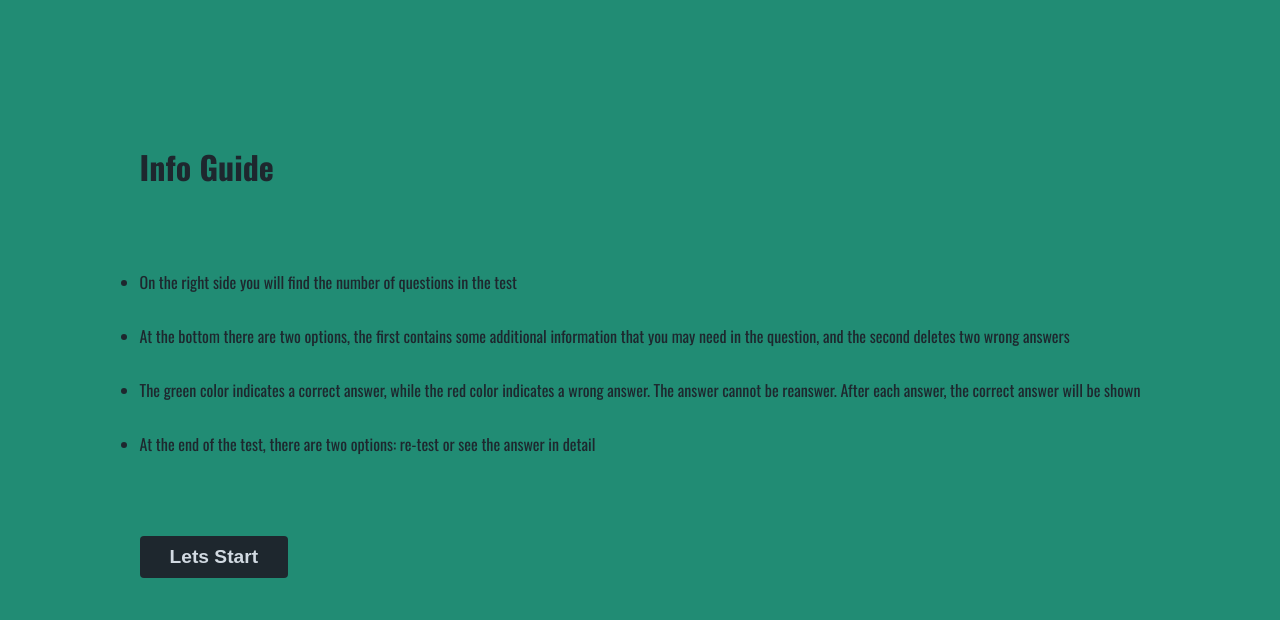
Repository: abdelrahmanahmed20021/Quiz-Platform
Page: index.html
These files come from the project's save history. The page is drawn as it stood at one moment and after the next save; the edit follows.
The browser window is 1280 px wide. The pictures show the whole page.

Above is the page before, as saved 2023-01-12 00:57:14.
Console error: TypeError: Cannot read properties of null (reading 'addEventListener')

After the next save:
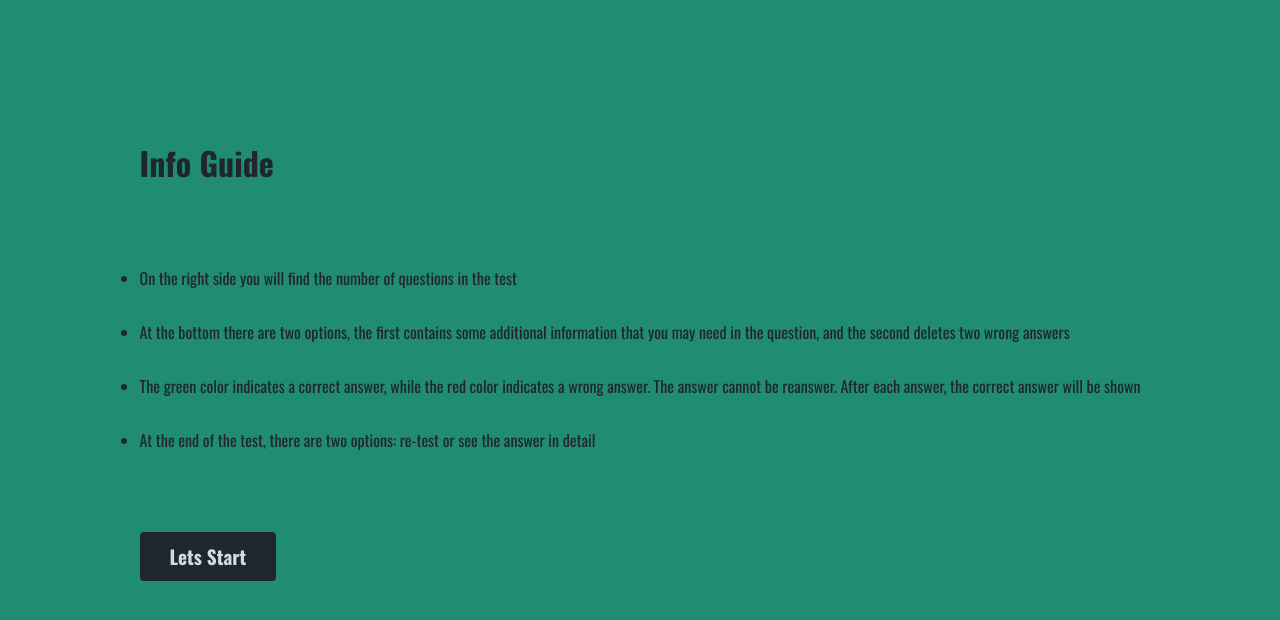
Saved 20 s later.
--- a/styles/index.css
+++ b/styles/index.css
@@ -342,6 +342,7 @@ body>section .container_2 .icons_helper .google {
     font-size: 1.2rem;
     border-radius: 4px;
     cursor: pointer;
+    font-family: var(--mainFont);
 }
 .black-wolf button:hover{
     background-color: #8c7ae6;
